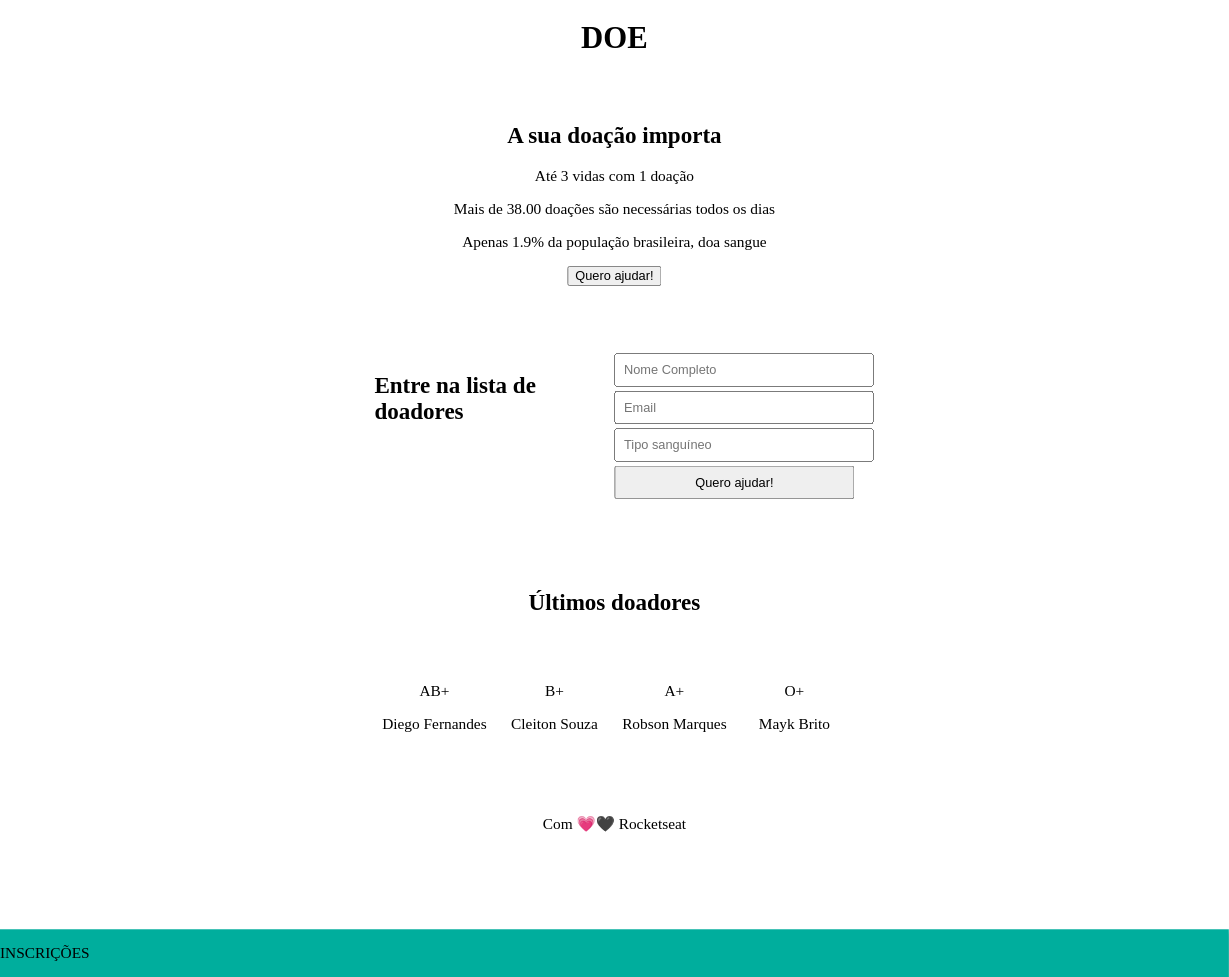
Repository: lucas-silva-dev/Doe
Page: index.html
An editor plug-in stored every save of this project. The page is shown before and after the next save, followed by the edit.
The browser window is 1280 px wide. The pictures show the whole page, at 96% of full size.

Above is the page before, as saved 2020-02-18 14:18:57.

### index.html
<!DOCTYPE html>
<!-- HTML
  HYPERTEXT
    Texto que contém links para outros documentos

  MARKUP
    Texto conterá marcações
    <tags>

  LANGUAGE
    Para comunicar de certa maneira. Sintaxe específica
-->
<html>

<head>
  <!-- são as configurações da minha página-->
  <title>Doe sangue! Doe vida!</title>

  <link rel="stylesheet" href="style.css">

</head>

<body>
  <!-- Aqui vem todo conteúdo visível para o usuário, dentro de certa página-->
  <header>
    <h1>DOE</h1>
    <h2>A sua doação importa</h2>
    <p>Até 3 vidas com 1 doação</p>
    <p>Mais de 38.00 doações são necessárias todos os dias</p>
    <p>Apenas 1.9% da população brasileira, doa sangue</p>
    <button>Quero ajudar!</button>
  </header>

  <section class="form">
    <h2>Entre na lista de doadores</h2>
    <form action="/">
      <input type="text" name="name" placeholder="Nome Completo">
      <input type="text" name="email" placeholder="Email">
      <input type="text" name="blood" placeholder="Tipo sanguíneo">
      <button type="submit">Quero ajudar!</button>
    </form>
  </section>

  <main>
    <h2>Últimos doadores</h2>

    <section class="donors">
      <div class="donor">
        <div class="blood">AB+</div>
        <p>Diego Fernandes</p>
      </div>
      <div class="donor">
        <div class="blood">B+</div>
        <p>Cleiton Souza</p>
      </div>
      <div class="donor">
        <div class="blood">A+</div>
        <p>Robson Marques</p>
      </div>
      <div class="donor">
        <div class="blood">O+</div>
        <p>Mayk Brito</p>
      </div>
    </section>
  </main>

  <footer> Com 💗🖤 Rocketseat</footer>
  <div class="cred">
    <p>INSCRIÇÕES</p>
  </div>
</body>

</html>

### style.css
/*
  CASCADING STYLESHEET
*/

/* GLOBAL */
html,
body {
  margin: 0;
  box-sizing: border-box;
}

body {
  display: flex;
  flex-direction: column;
  height: 100vh;
}

/* TITULOS */
header h1,
main h2 {
  margin-bottom: 70px;
}

/* ESTRUTURA */
header,
main,
footer {
  /* alinhamento de textos */
  text-align: center;
}

header,
.form,
main {
  /* espaçamentos com margin */
  margin: 0 auto 70px;

  /* limites dos elementos */
  width: 90%;
  max-width: 500px;
}

/* FORM */
section.form {
  display: grid;
  grid-template-columns: 1fr 1fr;
}

form input,
form button {
  width: 100%;
  margin-bottom: 4px;
  padding: 8px;
}
/* MAIN */
main .donors {
  display: grid;
  grid-template-columns: 1fr 1fr 1fr 1fr;
}

footer {
  margin-top: auto;
}

div.cred {
  margin-top: 100px;
  width: auto;
  height: 700px;

  background: #00ae9d;
  box-shadow: 0px 4px 4px rgba(0, 0, 0, 0.25), 0px 4px 4px rgba(0, 0, 0, 0.25);
}

After the next save:
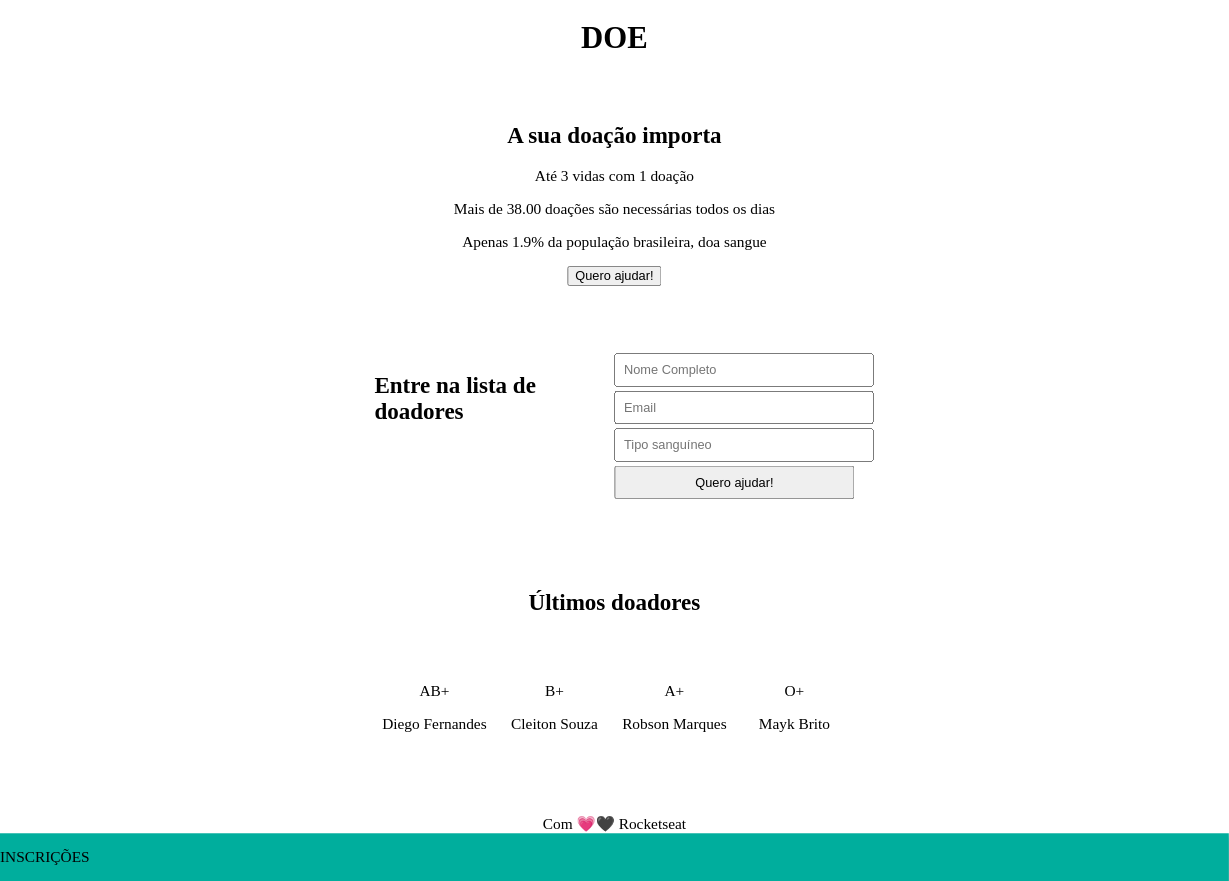
Saved 13 s later.
--- a/style.css
+++ b/style.css
@@ -63,7 +63,6 @@ footer {
 }
 
 div.cred {
-  margin-top: 100px;
   width: auto;
   height: 700px;
 
